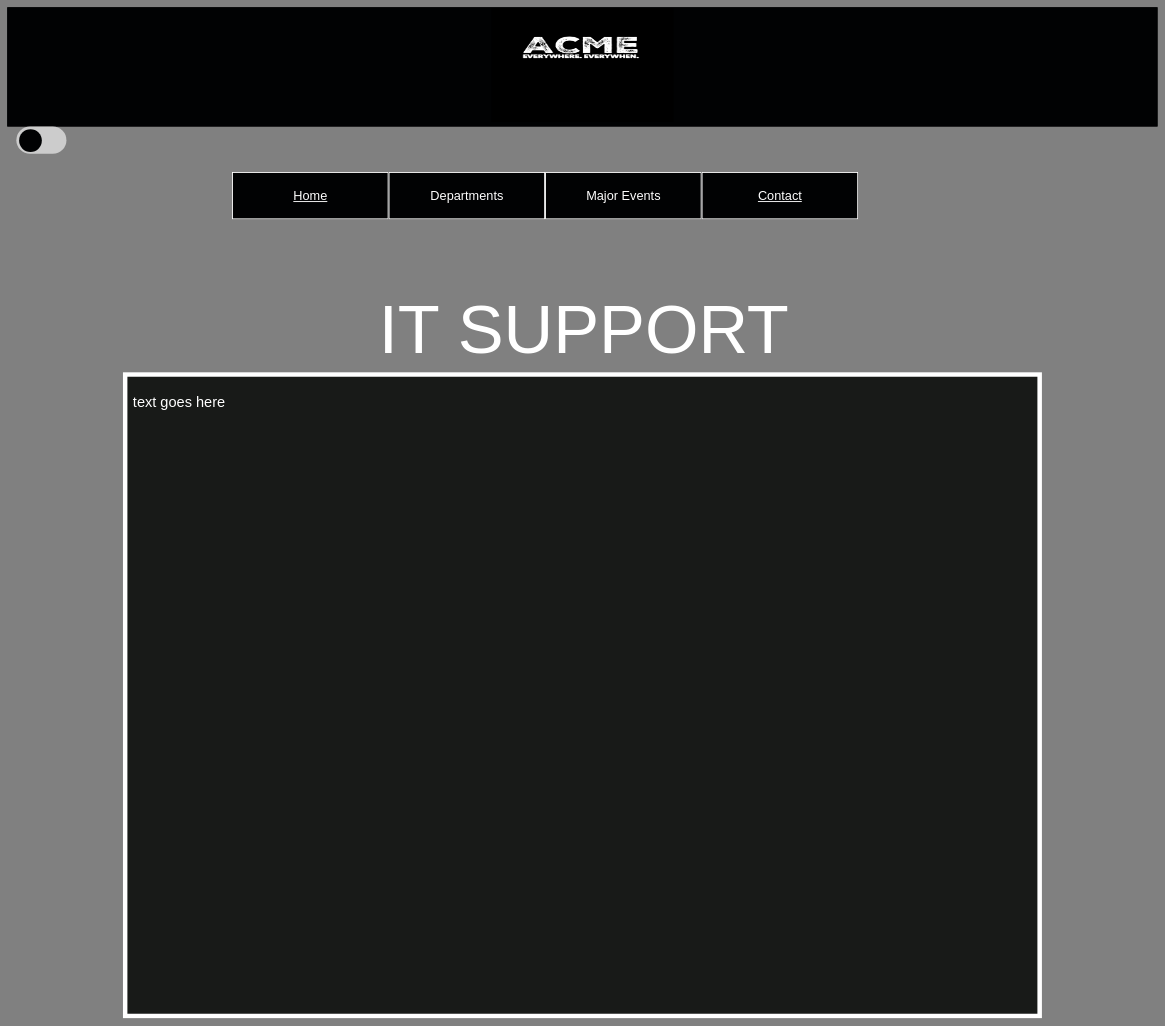
Repository: omega7379/omega7379.github.io
Page: villianSupport.html
An editor plug-in stored every save of this project. The page is shown before and after the next save, followed by the edit.
The browser window is 1280 px wide. The pictures show the whole page, at 91% of full size.

Above is the page before, as saved 2022-06-21 22:17:11.

### villianSupport.html
<!--created by Josip Bailey
Created 250122, Last Update 210622-->
<!DOCTYPE html>
<html lang="en">
    <body class="background">
        <header>
            <head>
                <!--meta data-->
                <meta charset="UTF-8">
                <meta http-equiv="X-UA-Compatible" content="IE=edge">
                <meta name="viewport" content="width=device-width, initial-scale=1.0">

                <!--tab title-->
                <title>ACME TIKTOK</title>
                <link rel="icon" href="acmeanvil.png">

                <!--import css-->
                <link id = "theme" rel="stylesheet" type="text/css" href="acmeStyleGuideDark.css">

            </head>

            <div class="top">
                <img src="acmelogo.png" alt="Homescreen Logo" width="200" height="125">
            </div>

        </header>
        <!--main scetion-->
        <main>
            <!--create toggle button to adjust switch colour-scheme-->
            <span class="toggle">
                <label class="switch" onclick="toggleTheme()">
                    <input type="checkbox">
                    <span class="slider"></span>
                </label>
            </span>

            <!--dropdown menu-->
            <div class="wrapper">
                <ul>
                    <li><a href="home.html">Home</a></li>
                    <li>Departments
                        <ul>
                            <li>Support
                                <ul>
                                    <li><a href="villianSupport.html">Villian Support</a></li>
                                    <li><a href="heroSupport.html">Hero Support</a></li>
                                    <li><a href="sidekickSupport.html">Sidekick Support</a></li>
                                    <li><a href="antiheroSupport.html">Antihero Support</a></li>
                                    <li><a href="memberSolutions.html">Member Solutions</a></li>
                                    <li><a href="itSupport.html">IT Support</a></li>
                                </ul>
                            </li>
                            <li>Corporate
                                <ul>
                                    <li><a href="corporate.html">Corporate</a></li>
                                    <li><a href="legal.html">Legal</a></li>
                                    <li><a href="collections.html">Collections</a></li>
                                    <li><a href="buildCrew.html">Build Crew</a></li>
                                    <li><a href="marketing.html">Marketing</a></li>
                                    <li><a href="communications.html">Communications</li>
                                    <li><a href="letters.html">Letters</a></li>
                                    <li><a href="humanResources.html">Human Resources</a></li>
                                    <li><a href="transportation.html">Transportation</a></li>
                                    <li><a href="publicRelations.html">Public Relations</a></li>
                                    <li><a href="evidenceDisposal.html">Evidence Disposal</a></li>
                                </ul>
                            </li>
                        </ul>
                    </li>
                    <li>Major Events
                        <ul>
                            <li><a href="borg.html">Borg Attack</a></li>
                            <li><a href="ork.html">Ork Invasion</a></li>
                            <li><a href="councilWar.html">Council War</a></li>
                            <li><a href="timeKeepers.html">Time Keepers</a></li>
                            <li><a href="TerryEscape.html">Terry's Escape</a></li>
                            <li><a href="hacked.html">The Hacker</a></li>
                        </ul>
                    </li>
                    <li><a href="contact.html">Contact</a></li>
                </ul>
            </div>
        </br></br></br>
            <div class="title">
                <p>IT SUPPORT</p>
            </div>
            <!--main table holding the contents of the page-->
            <div class="contentTable">
                <table>
                    <tr><td>
                        <!--contents of page go here-->
                        <p>
                            text goes here
                        </p>
                    </tr></td>
                </table>
            </div>
        </main>
        <script type="text/javascript" src="acmejs.js"></script>
    </body>
</html>

### acmeStyleGuideDark.css
/*CSS webpage dark mode ACME, created by Josip Bailey
created 170122, last update 170622*/

/*header styling applying black to expand image without stretching*/
div.top {
    border: 1px solid #010203;
    background-color: #010203;
    text-align: center;
    align-content: center;
}
.title{
    font-size: 2cm;
    margin: auto;
    text-align: center;
    align-content: center;
}

/*start of the toggle button might delete*/
div.toggle{
    position: absolute;
    top: 50%;
    left:50%;
    transform: translate(-50%,-50%);
    text-align: left;
}
.switch{
    position: relative;
    display: inline-block;
    width: 55px;
    height: 30px;
    margin: 0 10px;

}
.slider{
    position: absolute;
    cursor: pointer;
    top: 0;
    left: 0;
    right: 0;
    bottom: 0;
    background-color: #ccc;
    transition: 0.4s;
    border-radius: 18px;
}
.switch input {display: none;}
.slider:before{
    position: absolute;
    content:"";
    height: 25px;
    width: 25px;
    left: 2.5px;
    bottom: 2.5px;
    background-color: #010203;
    transition: 0.4s;
    border-radius: 25px;
}
input:checked + .slider{
    background-color: #ccc;
}

input:checked + .slider:before{
    transform: translateX(25px);
}
/*end of button styling*/

/*background*/
.background{
    background-color: grey;
}

/*adjust text*/
p{
    margin-bottom: 4px;
    margin-left: 3px;
    font-family: Arial, Helvetica, sans-serif;
    color: white;
}
.chapter{
    margin-bottom: 8px;
    font-family: Arial, Helvetica, sans-serif;
    color: white;
    font-size: 1cm;
    text-align: center;
}

/*contentTable styling*/
.contentTable{
    border: 5px solid white;
    background-color: #181A18;
    max-width: 1000px;
    margin: auto;
    height: 700px;
    overflow: scroll;
}
.contentTablePDF{
    border: 5px solid white;
    /*background-color: #181A18;*/
    max-width: 1000px;
    margin: auto;
    height: 700px;
}
::-webkit-scrollbar{
    width: 12px;
    height: 12px;
}
::-webkit-scrollbar-thumb {
    background: white;
    border-radius: 10px;
}
::-webkit-scrollbar-thumb:hover {
    background: crimson;
}

/*drop down menu*/
.wrapper{
    width: 850px;
    margin: auto;
}
.wrapper ul{
    list-style: none;
    margin-top: 5px;
}
.wrapper ul li{
    background: #010203;
    width: 170px;
    border: 1px solid white;
    height: 50px;
    line-height: 50px;
    text-align: center;
    float: left;
    color: white;
    font-size: 14px;
    position: relative;
    font-family: Arial, Helvetica, sans-serif;
}
.wrapper ul ul{
    display: none;
}
.wrapper ul li:hover{
    background: crimson;
}
/*not broken, just a FEATURE*/
.wrapper ul li:hover > ul{/*messing with padding here to increase mouse accuracy and drop alignment*/
    display: block;
    margin: 0 0 -10em -2em;
    padding: 0 0 -2em 2em;
    z-index: 1;
    position: relative;
}
.wrapper ul ul ul{
    margin-left: 136px;
    top: 0;
    position: absolute;
}
/*adjust hyperlink colours*/
a:link{
    color: white;
}
a:visited{
    color: white;
}
a:hover{
    color: black;
}

### acmejs.js
/*enable switch for css pages-->*/
function toggleTheme(){
    var theme = document.getElementsByTagName('link')[0];
    if (theme.getAttribute('href') == 'acmeStyleGuideDark.css'){
        theme.setAttribute('href', 'acmeStyleGuideLight.css');
    }
    else {
        theme.setAttribute('href', 'acmeStyleGuideDark.css');
    }
}

After the next save:
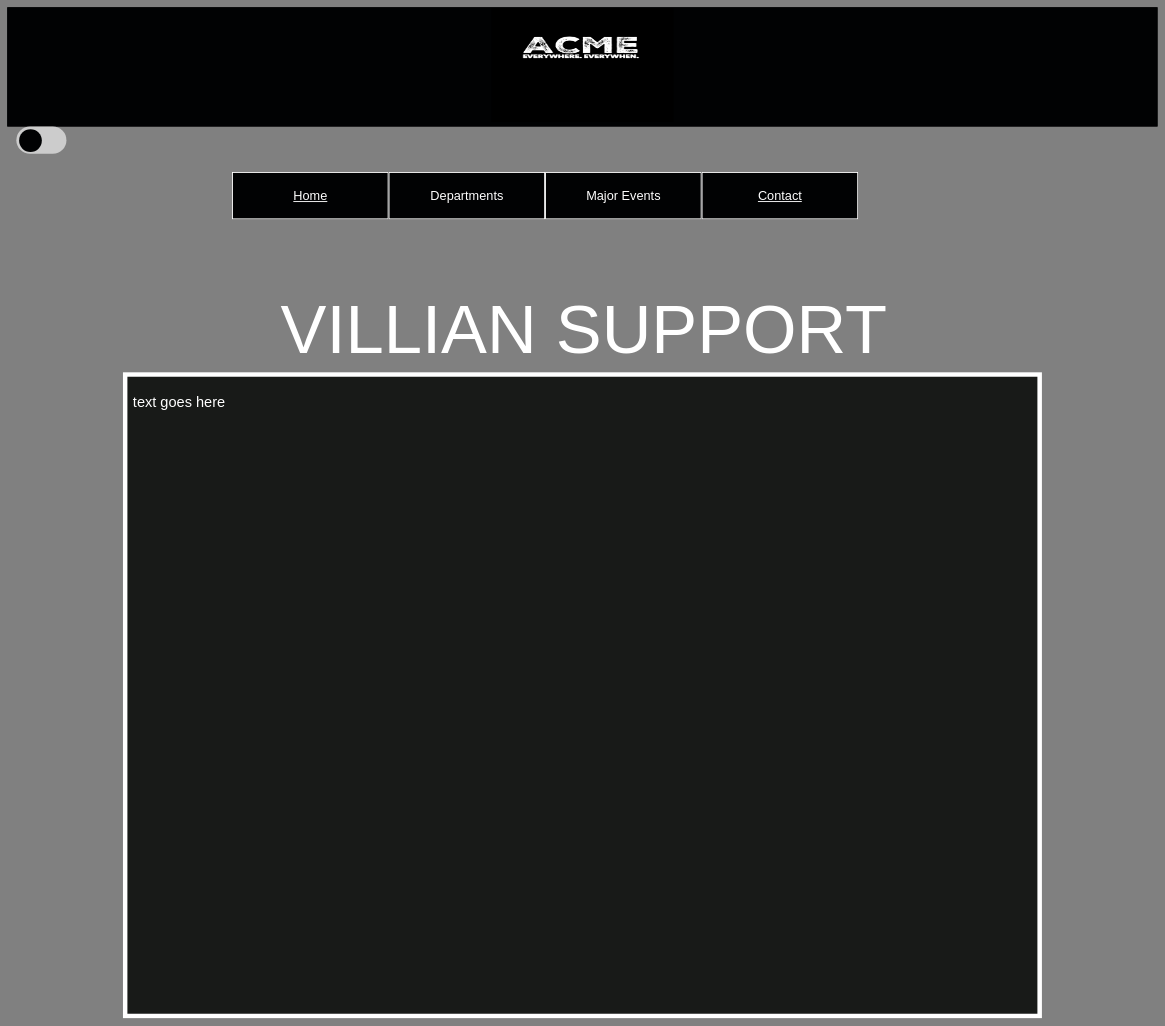
Saved 33 s later.
--- a/villianSupport.html
+++ b/villianSupport.html
@@ -82,7 +82,7 @@
             </div>
         </br></br></br>
             <div class="title">
-                <p>IT SUPPORT</p>
+                <p>VILLIAN SUPPORT</p>
             </div>
             <!--main table holding the contents of the page-->
             <div class="contentTable">
